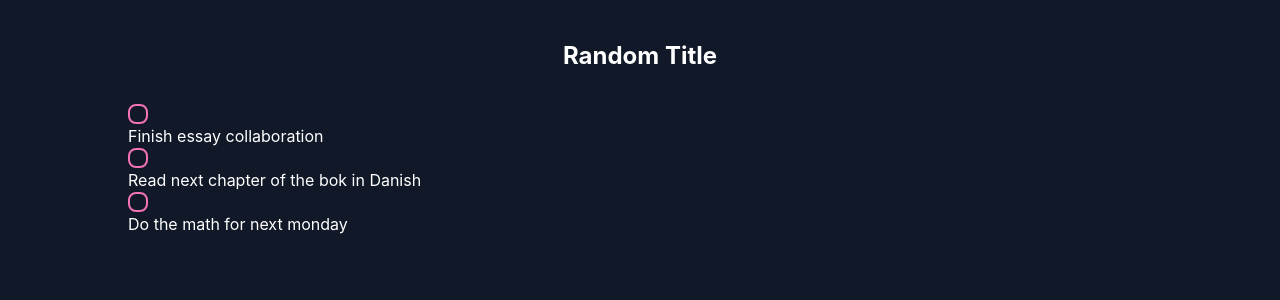
Repository: VachArt/react-exam-work
Page: /about
These files come from the project's save history. The page is drawn as it stood at one moment and after the next save; the edit follows.
The browser window is 1280 px wide. The pictures show the whole page.
The project was rebuilt for these pictures with package versions that can differ from the ones it lists, and the page was loaded fresh each time.

Above is the page before, as saved 2022-04-27 19:25:45.

After the next save:
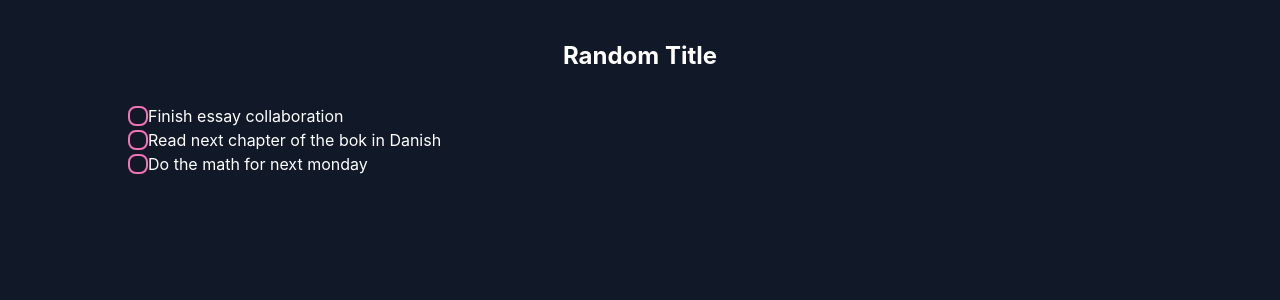
Saved 67 s later.
--- a/src/components/pages/Home/item/TodoItem.jsx
+++ b/src/components/pages/Home/item/TodoItem.jsx
@@ -3,7 +3,7 @@ import Check from './Check'
 
 const TodoItem = ({todo}) => {
     return (
-        <div>
+        <div className='flex items-center'>
             <Check />
             {todo.title}
         </div>
